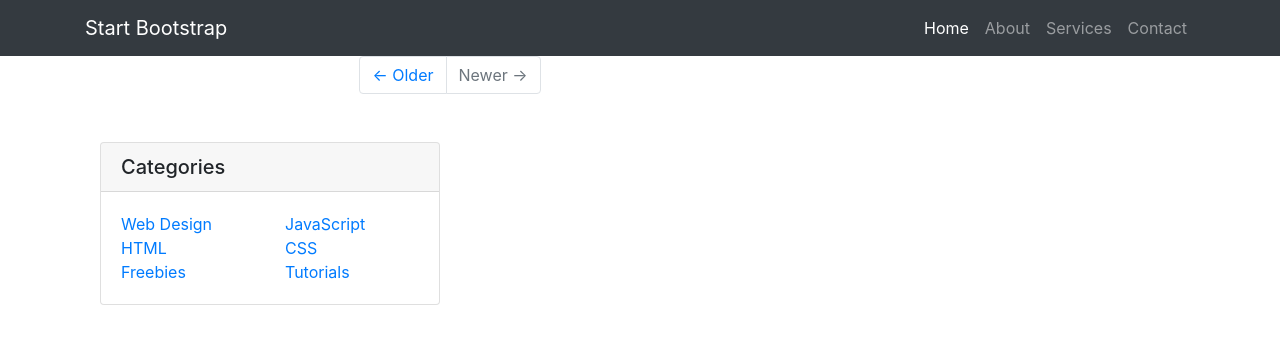
Repository: mohammedaniz/Blog-App
Page: /blogs
The author's editor kept a copy of each file at every save. The page is drawn from the files as they stood at one save, then again after the next save.
The browser window is 1280 px wide. The pictures show the whole page.
The page's requests for data from a server got no answer. The project was rebuilt for these pictures with package versions that can differ from the ones it lists, and the page was loaded fresh each time. No one was signed in, and anything a server would have sent is missing. Also part of the build but not shown: src/components/Pages/Feed.component.vue, src/components/Pages/Feed.Details.vue.

Above is the page before, as saved 2020-09-11 20:08:32.

After the next save:
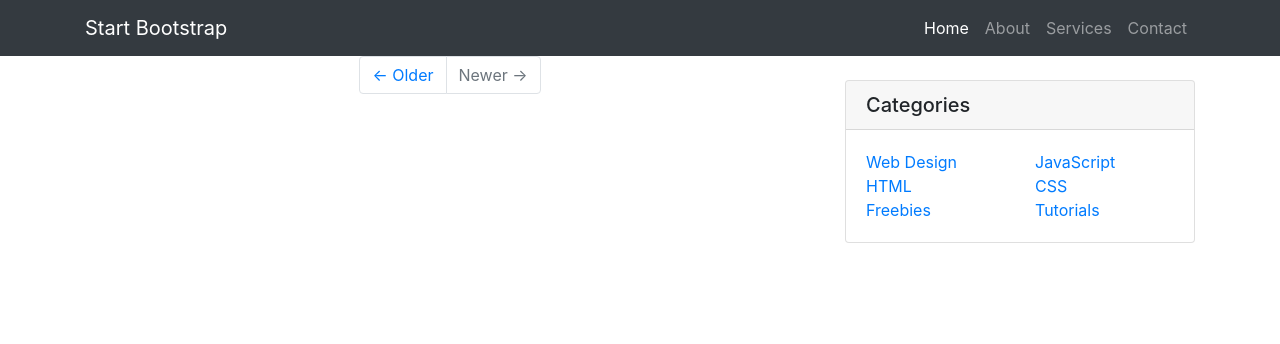
Saved 22 min 25 s later.
--- a/src/components/Layouts/Feed.Layout.vue
+++ b/src/components/Layouts/Feed.Layout.vue
@@ -6,6 +6,7 @@
       <!-- Blog Entries Column -->
       <div class="col-md-8"  >
 
+          <div v-if="spinnerStatus" >
               <Feed v-for="(post,index) in posts" :key="index" :post="post" />
                 <ul class="pagination justify-content-center mb-4">
                 <li class="page-item">
@@ -16,6 +17,7 @@
                 </li>
                 </ul>
           </div>
+          <Spinner v-else />
         <!-- Blog Post -->
 
 
